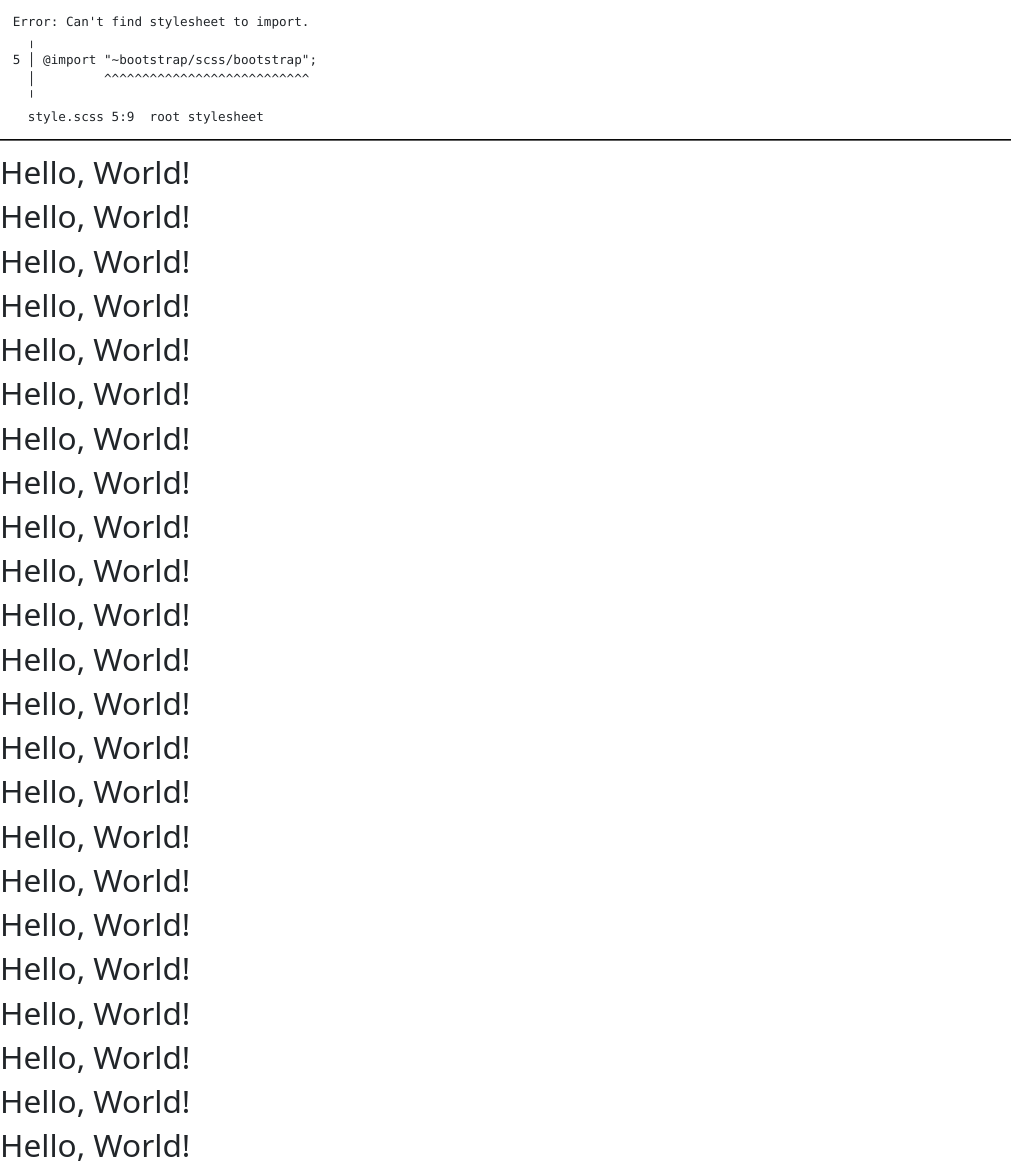
Repository: angeldavid233/GeoEx-Colombia
Page: / (app in geoex-colombia/)
An editor plug-in stored every save of this project. The page is shown before and after the next save, followed by the edit.
The browser window is 1280 px wide. The pictures show the whole page, at 79% of full size.
The project was rebuilt for these pictures with package versions that can differ from the ones it lists, and the page was loaded fresh each time.

Above is the page before, as saved 2024-10-09 20:45:28.

### geoex-colombia/public/index.html
<!DOCTYPE html>
<html lang="en">
  <head>
    <meta charset="utf-8" />
    <link rel="icon" href="%PUBLIC_URL%/favicon.ico" />
    <meta name="viewport" content="width=device-width, initial-scale=1" />
    <meta
      name="description"
      content="Web site created using create-react-app"
    />
    <link rel="apple-touch-icon" href="%PUBLIC_URL%/logo192.png" />
    <!--
      manifest.json provides metadata used when your web app is installed on a
      user's mobile device or desktop. See https://developers.google.com/web/fundamentals/web-app-manifest/
    -->
    <link rel="manifest" href="%PUBLIC_URL%/manifest.json" />
    <!--
      Notice the use of %PUBLIC_URL% in the tags above.
      It will be replaced with the URL of the `public` folder during the build.
      Only files inside the `public` folder can be referenced from the HTML.

      Unlike "/favicon.ico" or "favicon.ico", "%PUBLIC_URL%/favicon.ico" will
      work correctly both with client-side routing and a non-root public URL.
      Learn how to configure a non-root public URL by running `npm run build`.
    -->
    <title>GeoEx-Colombia</title>
  </head>
  <body>
    <noscript>You need to enable JavaScript to run this app.</noscript>
    <div id="root"></div>
    <!--
      This HTML file is a template.
      If you open it directly in the browser, you will see an empty page.

      You can add webfonts, meta tags, or analytics to this file.
      The build step will place the bundled scripts into the <body> tag.

      To begin the development, run `npm start` or `yarn start`.
      To create a production bundle, use `npm run build` or `yarn build`.
    -->
  </body>
</html>

### geoex-colombia/src/index.js
import React from 'react';
import ReactDOM from 'react-dom/client';
import 'bootstrap/dist/css/bootstrap.min.css';
import 'bootstrap/dist/js/bootstrap.bundle.min';
import './scss/style.css';
import App from './App';


const root = ReactDOM.createRoot(document.getElementById('root'));
root.render(
  <React.StrictMode>
    <App />
  </React.StrictMode>
);

### geoex-colombia/src/scss/style.css
/* Error: Can't find stylesheet to import.
 *   ,
 * 5 | @import "~bootstrap/scss/bootstrap";
 *   |         ^^^^^^^^^^^^^^^^^^^^^^^^^^^
 *   '
 *   style.scss 5:9  root stylesheet */

body::before {
  font-family: "Source Code Pro", "SF Mono", Monaco, Inconsolata, "Fira Mono",
      "Droid Sans Mono", monospace, monospace;
  white-space: pre;
  display: block;
  padding: 1em;
  margin-bottom: 1em;
  border-bottom: 2px solid black;
  content: "Error: Can't find stylesheet to import.\a   \2577 \a 5 \2502  @import \"~bootstrap/scss/bootstrap\";\d\a   \2502          ^^^^^^^^^^^^^^^^^^^^^^^^^^^\a   \2575 \a   style.scss 5:9  root stylesheet";
}

### geoex-colombia/src/App.js
import React from 'react';

function App() {
  return (
    <div>
      <h1>Hello, World!</h1>
      <h1>Hello, World!</h1>
      <h1>Hello, World!</h1>
      <h1>Hello, World!</h1>
      <h1>Hello, World!</h1>
      <h1>Hello, World!</h1>
      <h1>Hello, World!</h1>
      <h1>Hello, World!</h1>
      <h1>Hello, World!</h1>
      <h1>Hello, World!</h1>
      <h1>Hello, World!</h1>
      <h1>Hello, World!</h1>
      <h1>Hello, World!</h1>
      <h1>Hello, World!</h1>
      <h1>Hello, World!</h1>
      <h1>Hello, World!</h1>
      <h1>Hello, World!</h1>
      <h1>Hello, World!</h1>
      <h1>Hello, World!</h1>
      <h1>Hello, World!</h1>
      <h1>Hello, World!</h1>
      <h1>Hello, World!</h1>
      <h1>Hello, World!</h1>

    </div>
  );
}

export default App;

### geoex-colombia/src/scss/style.scss
@use './responsive';













@import "bootstrap/scss/bootstrap";

### geoex-colombia/src/scss/_responsive.scss
$scroll-o: #FFD700;
$scroll-i: #0033A0;

html{
  height: 100% !important;
  @media (max-width: 560px) {
    width: 300vh;
   }
}
body{
    display: grid;
    padding: 0;
    margin: 0;
    box-sizing: border-box;
    grid-template-columns: repeat(1, 2fr);
    grid-template-rows: repeat(1, 2fr);
    height: 100% !important;

    &::-webkit-scrollbar{
      width: 0.5rem;
    }
    &::-webkit-scrollbar-track {
      background: $scroll-i;
  }
    &::-webkit-scrollbar-thumb{
      background-color: $scroll-o;
      border-radius: 0.5rem;
    }
  }


  section {
    display: flex;
    align-items: center;
    justify-content: space-between;
    text-align: center;
    flex-wrap: wrap;
    margin: auto;
    height: 85vh;
  }

After the next save:
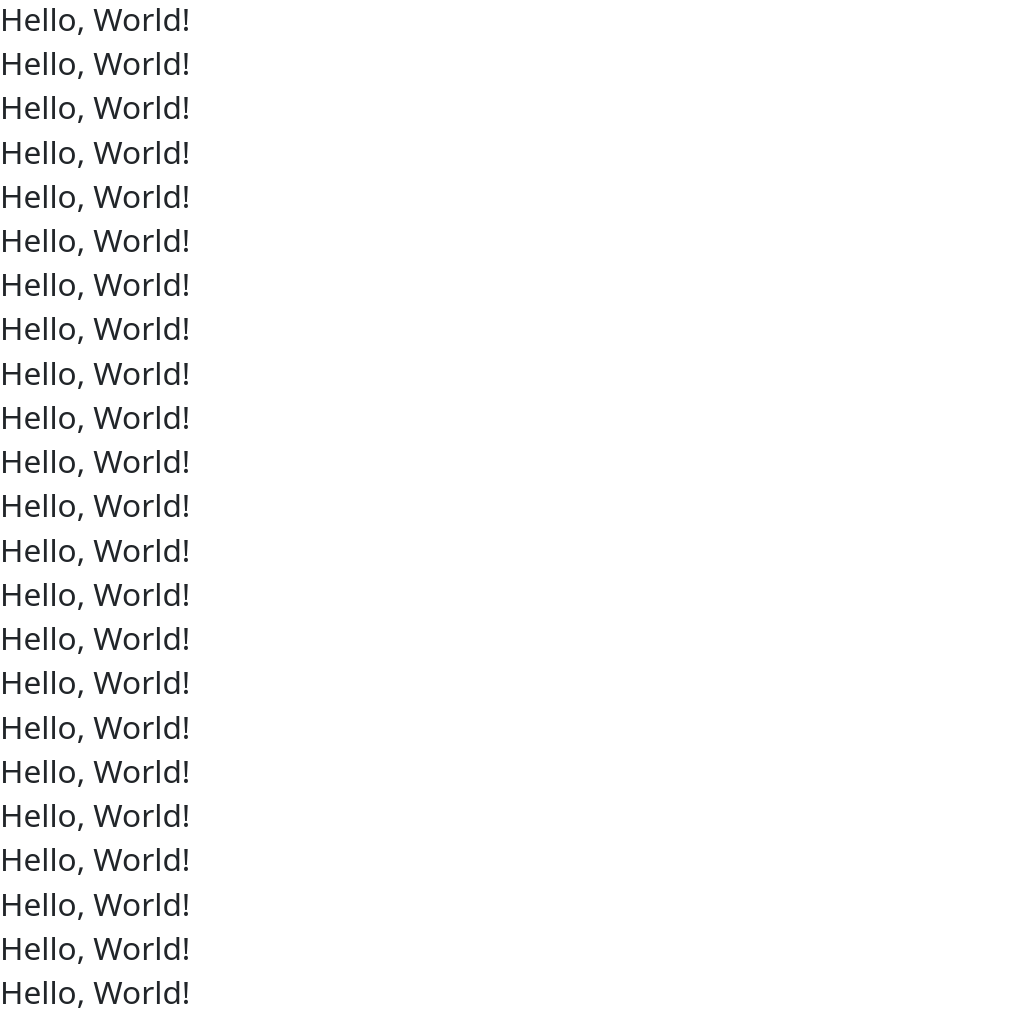
Saved 88 s later.
--- a/geoex-colombia/src/index.js
+++ b/geoex-colombia/src/index.js
@@ -2,7 +2,7 @@
 import ReactDOM from 'react-dom/client';
 import 'bootstrap/dist/css/bootstrap.min.css';
 import 'bootstrap/dist/js/bootstrap.bundle.min';
-import './scss/style.css';
+import './scss/style.scss';
 import App from './App';
 
 
